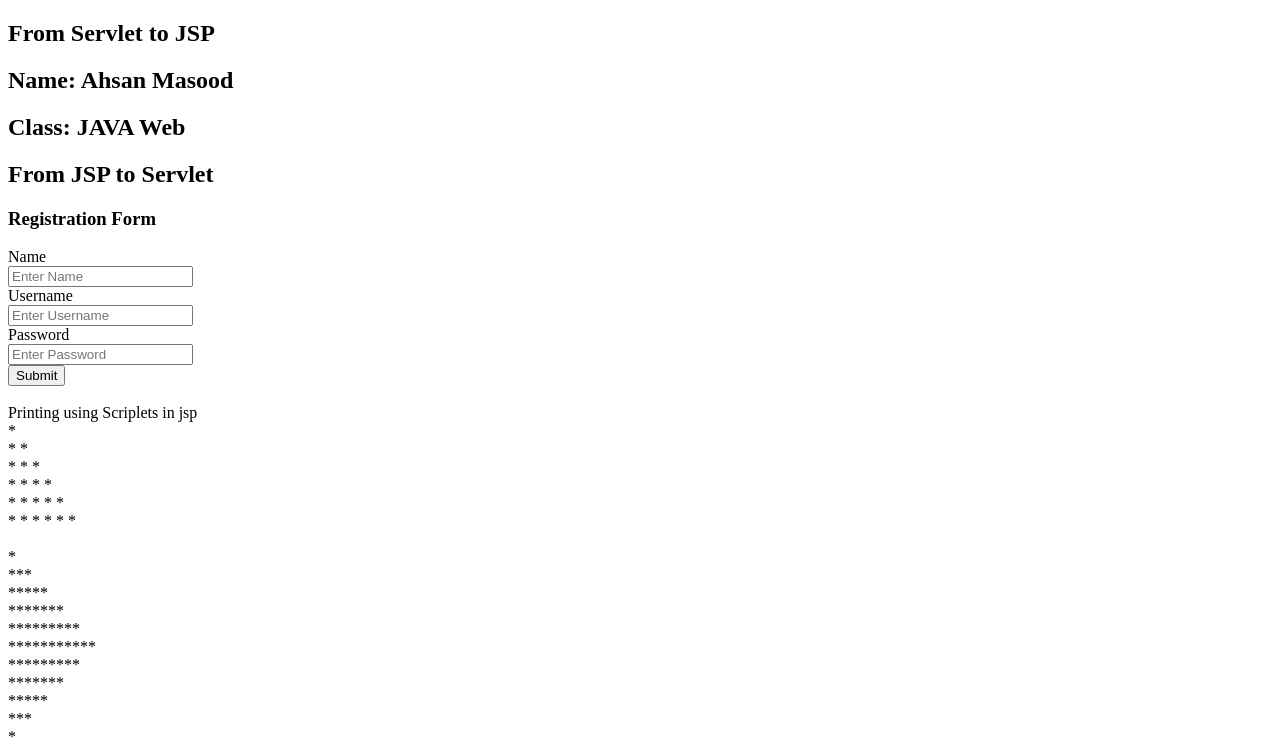
Repository: Ahsan-Masood98/Java-Web-Eng
Page: http://localhost/week2lab/helloworld
An editor plug-in stored every save of this project. The page is shown before and after the next save, followed by the edit.
The browser window is 1280 px wide. The pictures show the whole page.
The page is served by Tomcat 9.

Above is the page before, as saved 2022-09-21 13:35:34.

After the next save:
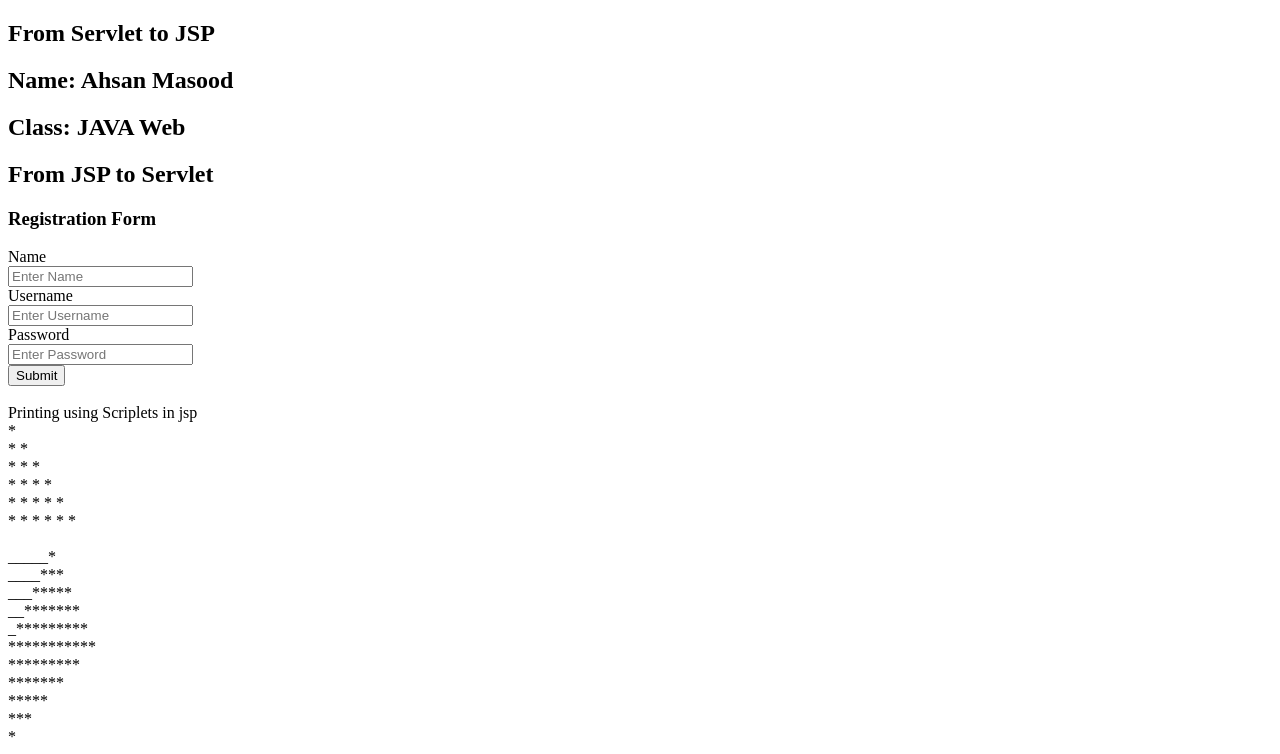
Saved 49 s later.
--- a/eclipse-workplace/week2lab/src/main/webapp/index.jsp
+++ b/eclipse-workplace/week2lab/src/main/webapp/index.jsp
@@ -35,7 +35,7 @@
 	<%
 	for (int i = 1; i <= 6; i++) {
         for (int j = 1; j <= 6 - i; j++) {
-            out.print(" ");
+            out.print("_");
         }
         for (int j = 1; j <= i * 2 - 1; j++) {
             out.print("*");
